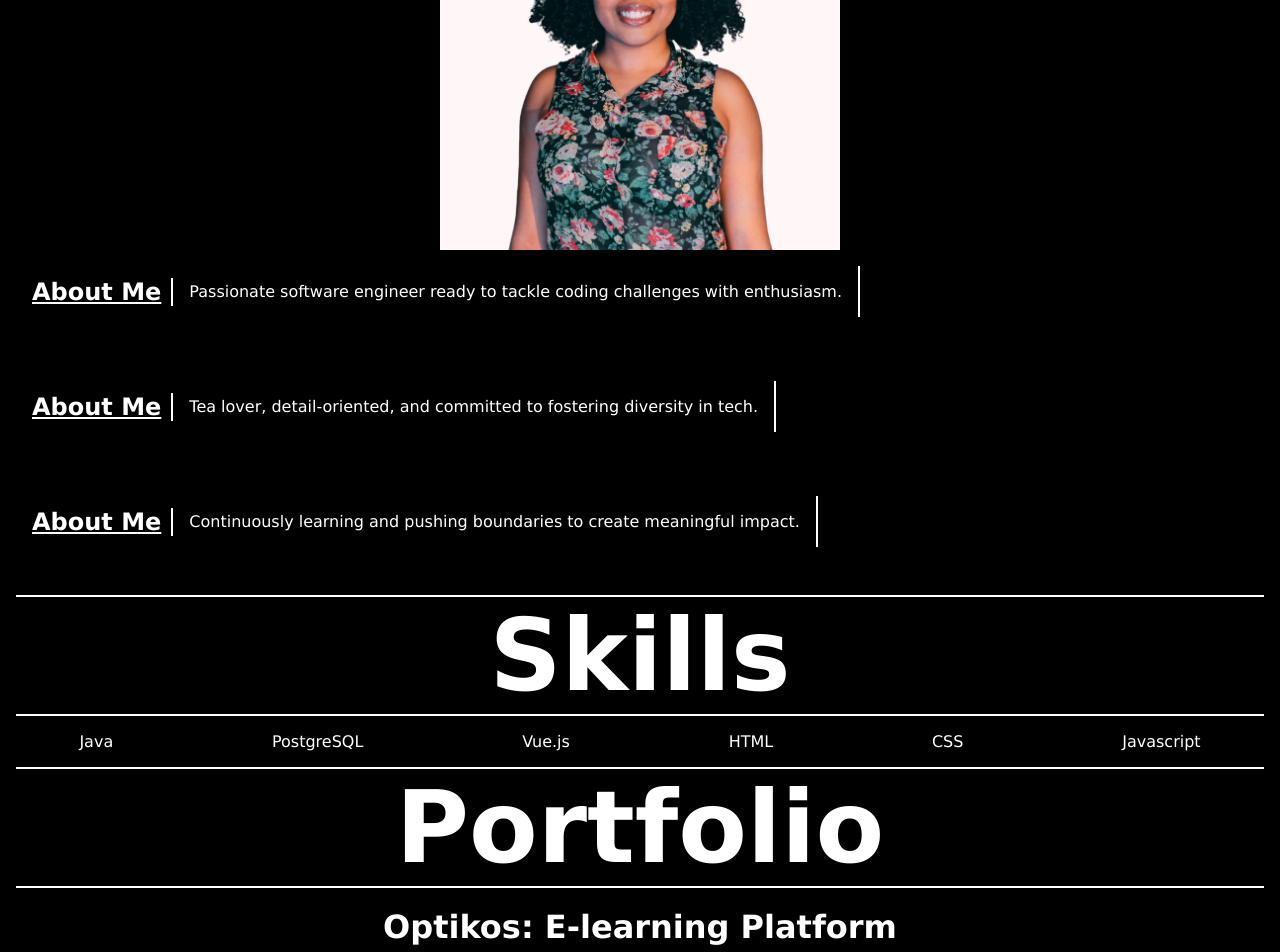
Repository: woodsdeshe/portfolio
Page: index.html
An editor plug-in stored every save of this project. The page is shown before and after the next save, followed by the edit.
The browser window is 1280 px wide. The pictures show the part of the page from y = 960 to 1912 px (the page is 2548 px tall before and 2452 px after).
A picture or video elsewhere on the page could not be fetched, so the positions and the page height are approximate. Some web fonts or font styles are not loaded; a fallback is used.

Above is the page before, as saved 2023-06-11 13:09:13.

After the next save:
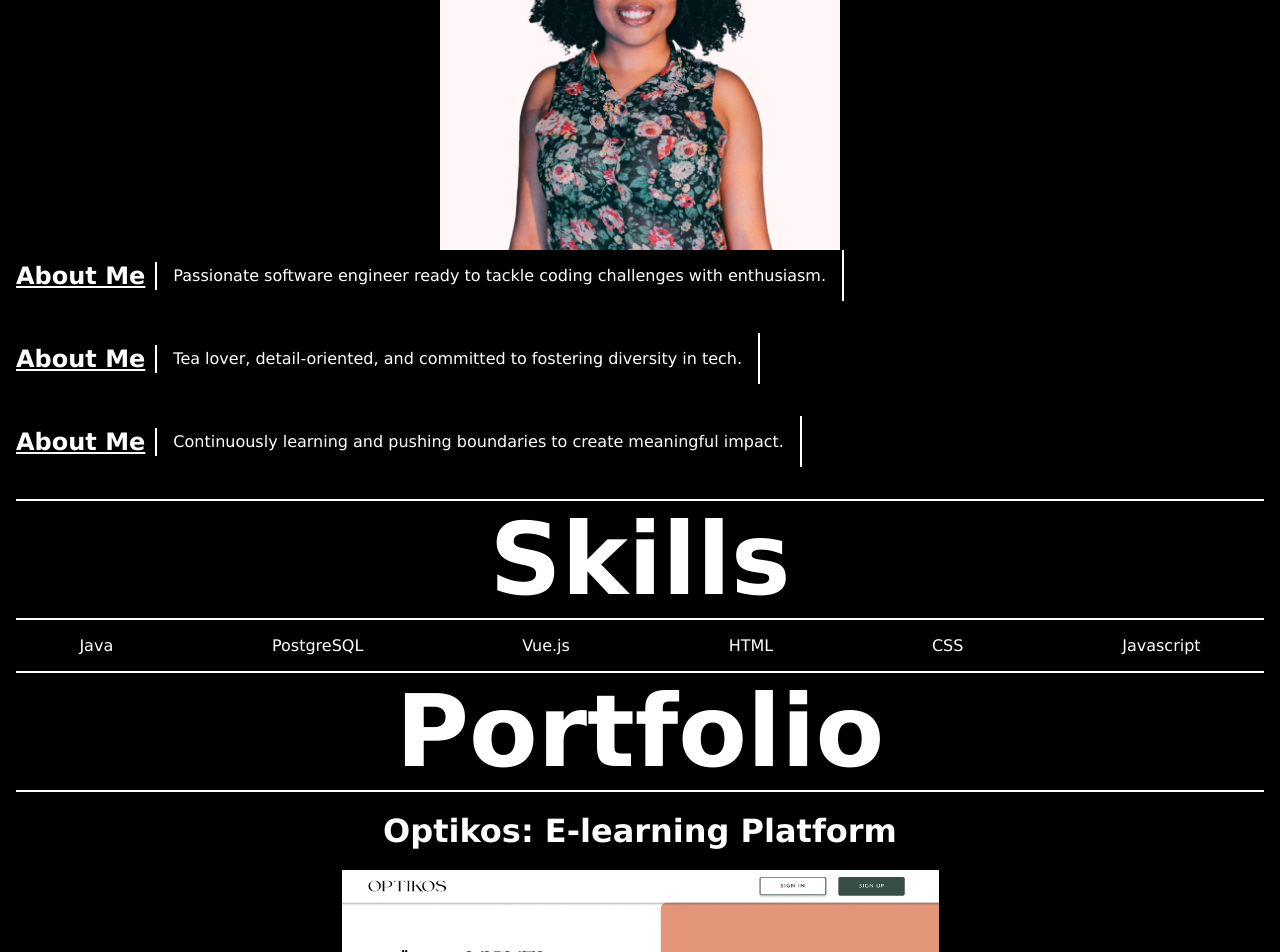
Saved 4 s later.
--- a/style.css
+++ b/style.css
@@ -89,12 +89,6 @@ body:not(.container) {
     margin-top: 20px;
 }
 
-.about-me {
-    padding: 1rem;
-    text-align: center;
-    display: flex;
-    align-items: center;
-}
 
 .about-me h2 {
     text-decoration: underline;
